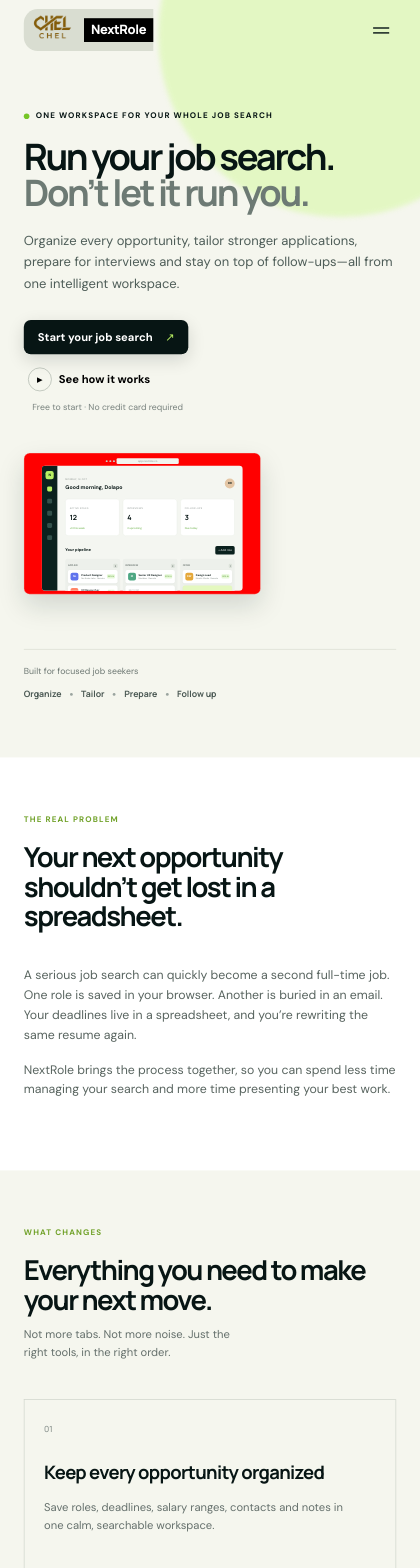
Repository: Lovethrech/NextRole-Nuxt-Portfolio
Page: /
The author's editor kept a copy of each file at every save. The page is drawn from the files as they stood at one save, then again after the next save.
The browser window is 600 px wide. The pictures show the part of the page from y = 0 to 2240 px (the page is 6767 px tall), at 70% of full size.
The project was rebuilt for these pictures with package versions that can differ from the ones it lists, and the page was loaded fresh each time. The framework's server and built-in components were replaced by stand-ins that run in the browser. Also part of the build but not shown: nuxt.config.js.

Above is the page before, as saved 2026-09-12 17:39:29.

After the next save:
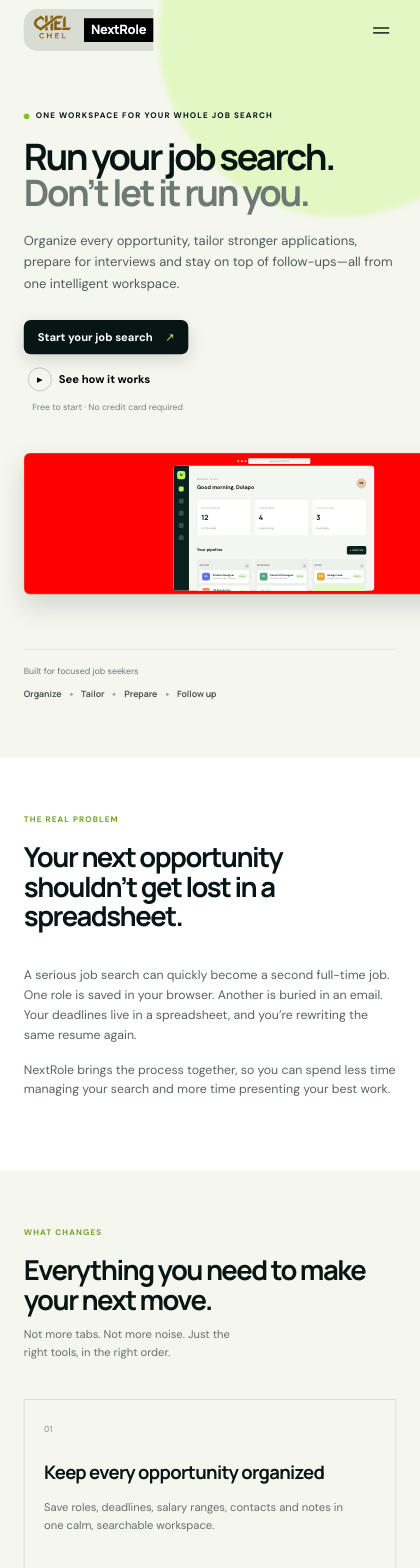
Saved 6 s later.
--- a/assets/css/main.css
+++ b/assets/css/main.css
@@ -615,7 +615,7 @@
     .dashboard-frame{
         background-color: red;
         place-items:center;
-        width: 90vh;
+        width: 190vh;
         transform:scale(.47);
         transform-origin:top left;
         margin-bottom:-200px;

After the save that followed:
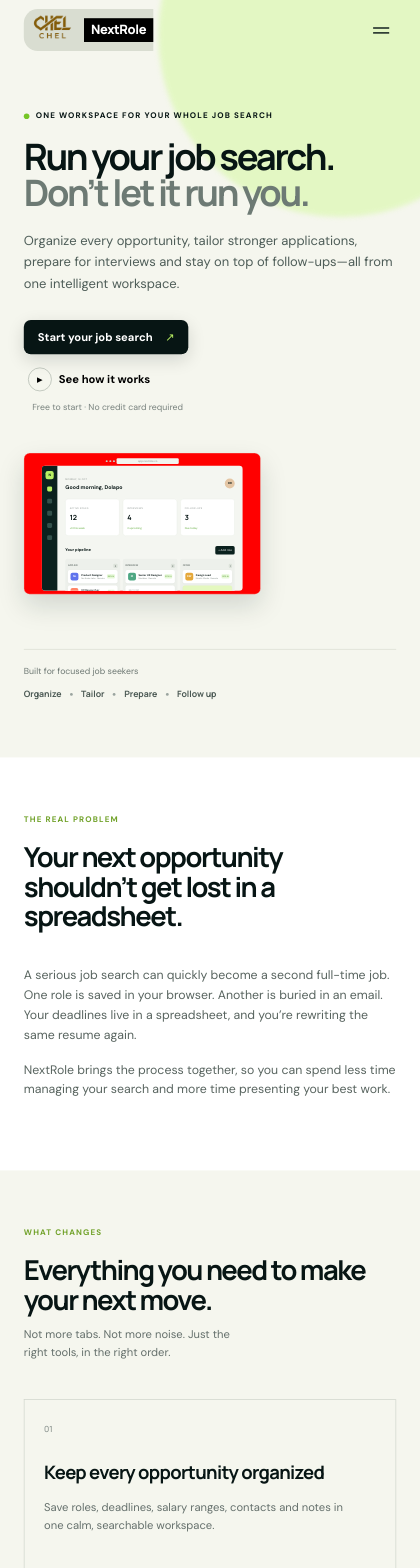
Saved 4 s later.
--- a/assets/css/main.css
+++ b/assets/css/main.css
@@ -615,7 +615,7 @@
     .dashboard-frame{
         background-color: red;
         place-items:center;
-        width: 190vh;
+        width: 90vh;
         transform:scale(.47);
         transform-origin:top left;
         margin-bottom:-200px;
